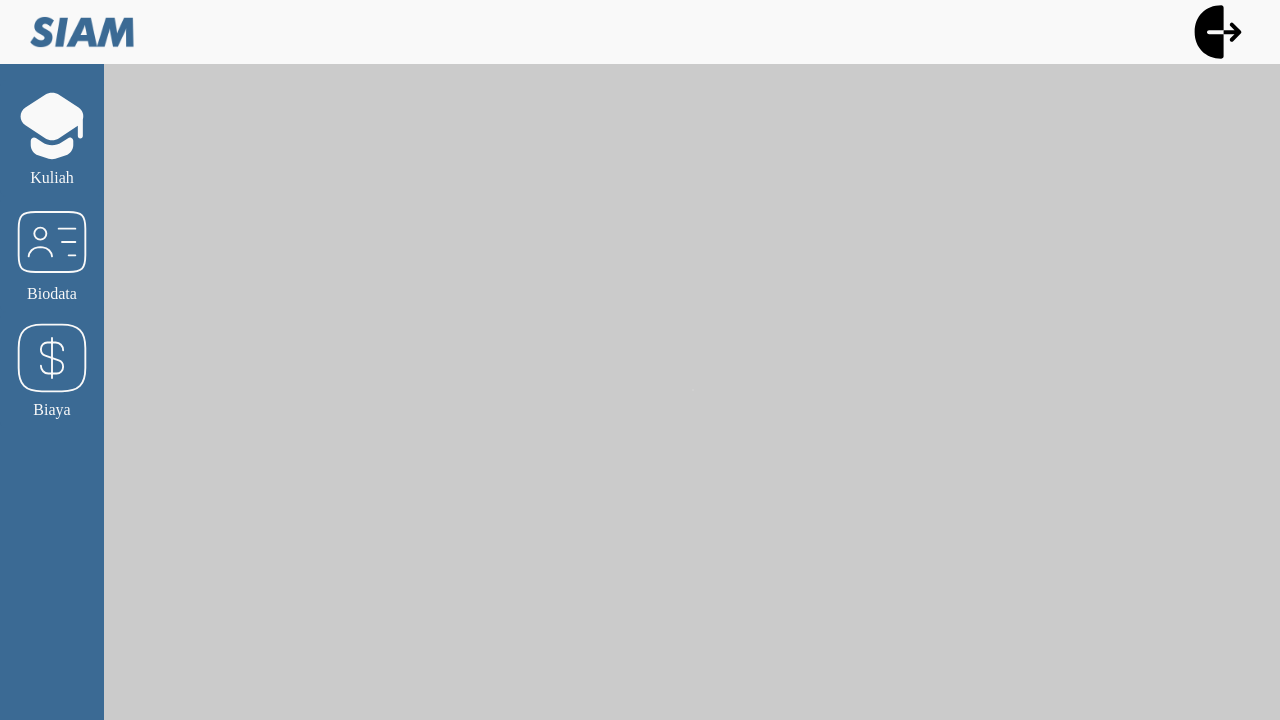
Repository: haikalirf/Project-IMK
Page: jadwal.html
An editor plug-in stored every save of this project. The page is shown before and after the next save, followed by the edit.
The browser window is 1280 px wide. The pictures show the whole page.
Some web fonts or font styles are not loaded; a fallback is used.

Above is the page before, as saved 2022-12-15 20:54:32.
Not found: scripts/.js

### jadwal.html
<!DOCTYPE html>
<html lang="en">
<head>
	<meta charset="UTF-8">
	<meta http-equiv="X-UA-Compatible" content="IE=edge">
	<meta name="viewport" content="width=device-width, initial-scale=1.0">
	<title>SIAM</title>
	<link rel="icon" href="/assets/logo_ub.ico">
	<link rel="stylesheet" href="https://cdn.jsdelivr.net/npm/bootstrap@5.2.3/dist/css/bootstrap.min.css" integrity="sha384-rbsA2VBKQhggwzxH7pPCaAqO46MgnOM80zW1RWuH61DGLwZJEdK2Kadq2F9CUG65" crossorigin="anonymous">
	<link rel="stylesheet" href="/styles/jadwal.css">
</head>
<body>
	<nav class="navbar" id="navbar">
		<div class="navbar-left">
			<a class="navbar-brand" href="/kuliah.html">
				<img class="navbar-image" src="/assets/SIAM.png" alt="SIAM">
			</a>
		</div>
		<a class="navbar-link" href="landing.html">
			<img id="navbar-image" src="/assets/Logout.svg" alt="Logout">
		</a>
	</nav>
	<div class="mh-100" id="sidebar">
		<a class="btn" href="kuliah.html">
			<img id="sidebar-kuliah" src="/assets/Kuliah Logo.svg" alt="Kuliah">
			<label for="sidebar-kuliah">Kuliah</label>
		</a>
		<a class="btn" href="">
			<img id="sidebar-biodata" src="/assets/Biodata Logo Kosong.svg" alt="Biodata">
			<label for="sidebar-biodata">Biodata</label>
		</a>
		<a class="btn" href="">
			<img id="sidebar-biaya" src="/assets/Biaya Logo Kosong.svg" alt="Biaya">
			<label for="sidebar-biaya">Biaya</label>
		</a>
	</div>
	<main>
		<div class="card">

		</div>
	</main>
	<script src="https://cdn.jsdelivr.net/npm/bootstrap@5.2.3/dist/js/bootstrap.bundle.min.js" integrity="sha384-kenU1KFdBIe4zVF0s0G1M5b4hcpxyD9F7jL+jjXkk+Q2h455rYXK/7HAuoJl+0I4" crossorigin="anonymous"></script>
	<script src="/scripts/.js"></script>
</body>
</html>

### styles/jadwal.css
/* CSS Reset */
/*
	Josh's Custom CSS Reset
	https://www.joshwcomeau.com/css/custom-css-reset/
*/
*, *::before, *::after {
	box-sizing: border-box;
}
  * {
	margin: 0;
}
html, body {
	height: 100%;
}
body {
	line-height: 1.5;
	-webkit-font-smoothing: antialiased;
}
img, picture, video, canvas, svg {
	display: block;
	max-width: 100%;
}
input, button, textarea, select {
	font: inherit;
}
p, h1, h2, h3, h4, h5, h6 {
	overflow-wrap: break-word;
}
#root, #__next {
	isolation: isolate;
}
/* CSS Reset ends */

body {
	background-color: #cbcbcb;
	font-family: 'readex';
	font-size: 16px;
}

@font-face {
	font-family: 'readex';
	src:url('/assets/fonts/ReadexPro-Medium.ttf');
}

#navbar {
	display: flex;
	justify-content: space-between;
	position: fixed;
	background-color: #f9f9f9;
	z-index: 1;
	width: 100%;
	padding: 0px 30px;
}

.navbar-left {
	display: flex;
	align-items: center;
}

.navbar-image {
	height: 50px;
}

.navbar-extra {
	padding-bottom: 5px;
	margin-left: 15px;
}

main {
	padding-top: 60px;
	padding-left: 106px;
	display: flex;
	flex-direction: column;
	justify-content: center;
	align-items: center;
	height: 100vh;
	gap: 20px;
}

#sidebar {
	background-color: #3b6a94;
	display: flex;
	flex-direction: column;
	flex: 1;
	position: fixed;
	height: 100vh;
	padding-top: 80px;
}

#sidebar a:hover {
	background-color: #266093;
}

#sidebar img {
	width: 80px;
	height: 80px;
}

a img, a label {
	color: #f9f9f9;
}

.btn {
	background-color: #3b6a94;
	border: none;
}

.btn:hover {
	background-color: #266093;
}

.list-group-flush {
	padding-left: 0px;
}

/* @media (max-width: 620px) {
	.card {
		width: 90%;
	}
} */

After the next save:
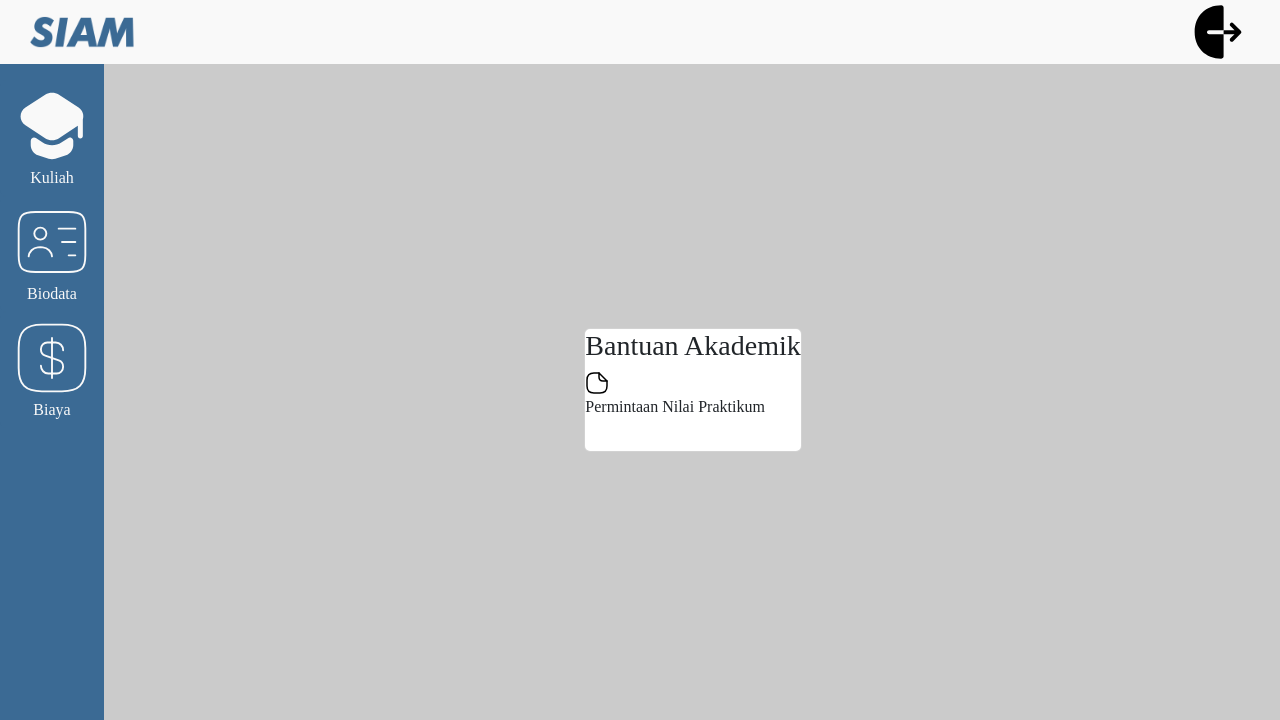
Saved 46 s later.
--- a/jadwal.html
+++ b/jadwal.html
@@ -36,7 +36,16 @@
 	</div>
 	<main>
 		<div class="card">
-
+			<h3>Bantuan Akademik</h3>
+			<ul class="list-group-flush">
+				<li class="list-group-item">
+					<img class="icon" src="assets/Logo Docs.svg" alt="">
+					<p>Permintaan Nilai Praktikum</p>
+					<a href="isiknowledgebase.html">
+						<span class="link-spanner"></span>
+					</a>
+				</li>
+			</ul>
 		</div>
 	</main>
 	<script src="https://cdn.jsdelivr.net/npm/bootstrap@5.2.3/dist/js/bootstrap.bundle.min.js" integrity="sha384-kenU1KFdBIe4zVF0s0G1M5b4hcpxyD9F7jL+jjXkk+Q2h455rYXK/7HAuoJl+0I4" crossorigin="anonymous"></script>
